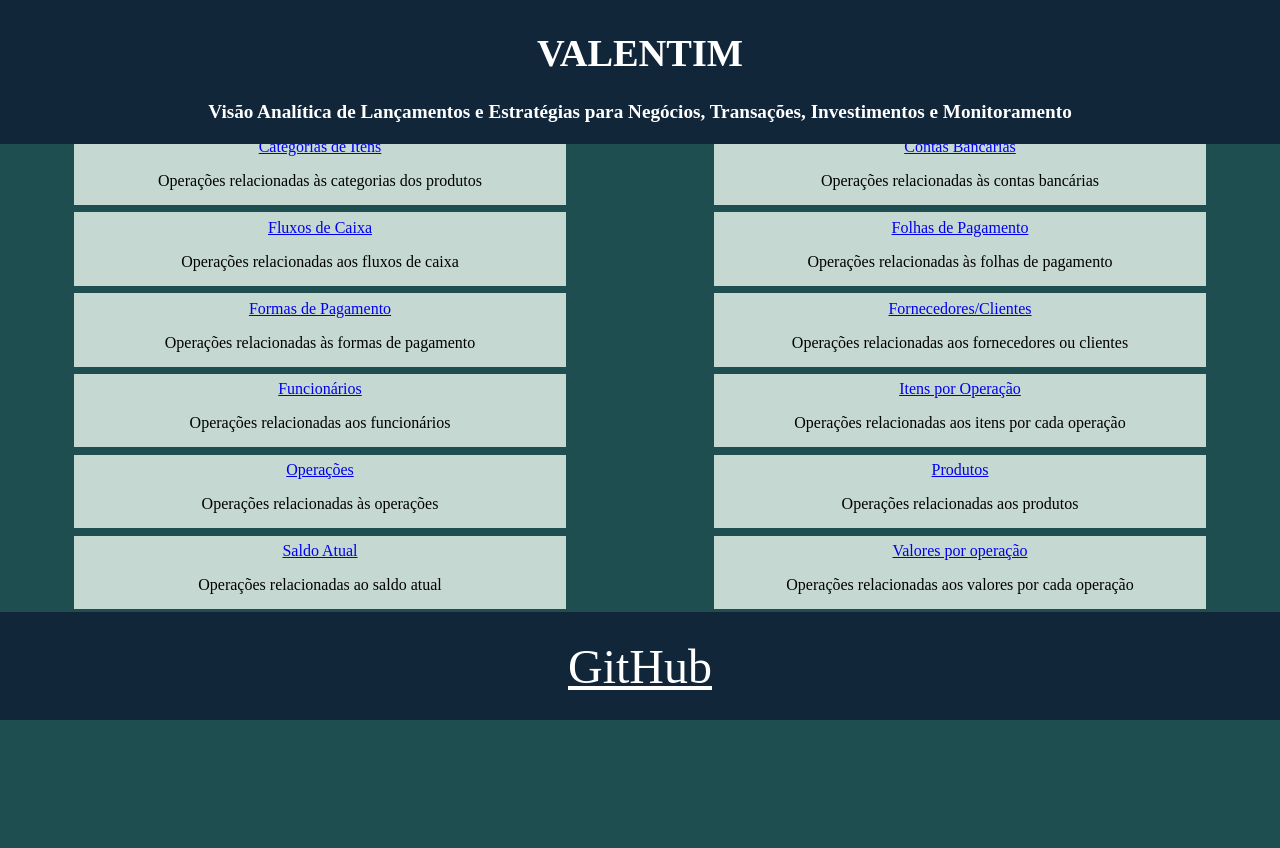
Repository: Matheus-Lacerda009/ERP-Financeiro
Page: Front/menu/menu.html
These files come from the project's save history. The page is drawn as it stood at one moment and after the next save; the edit follows.
The browser window is 1280 px wide. The pictures show the whole page.

Above is the page before, as saved 2026-07-13 19:08:56.

After the next save:
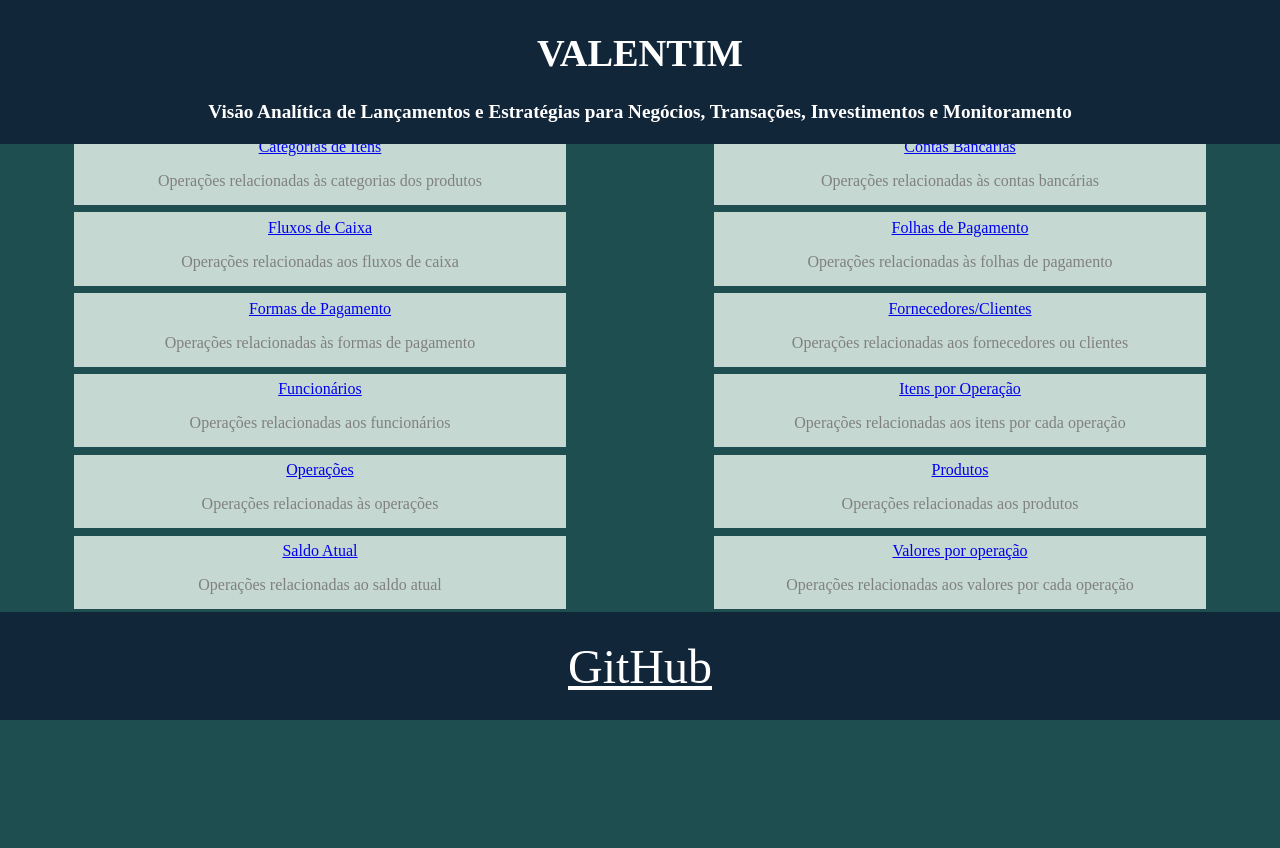
Saved 8 s later.
--- a/Front/menu/menu.css
+++ b/Front/menu/menu.css
@@ -65,4 +65,6 @@ body{
     margin: auto;
 }
 
-p
+p{
+    color: gray;
+}
